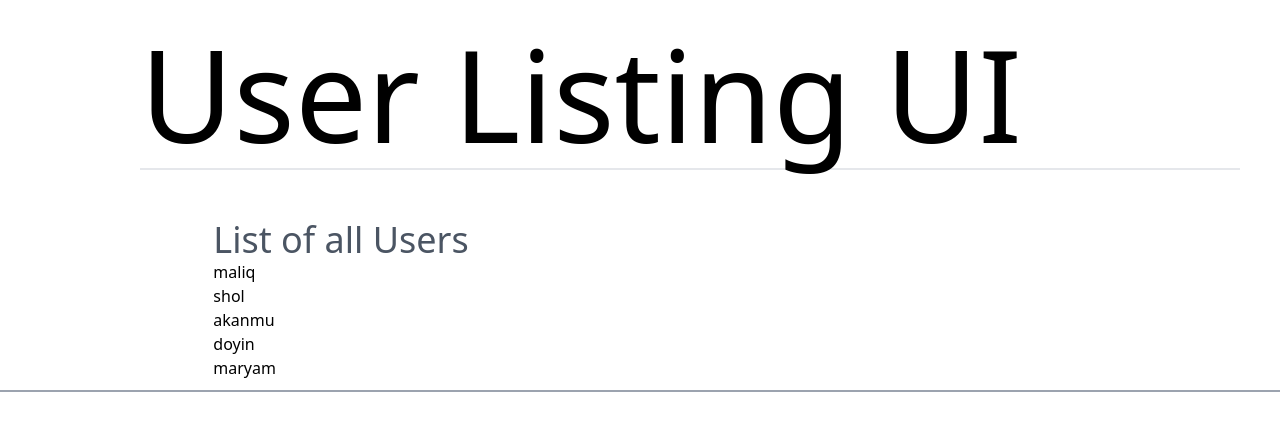
Repository: Marlstergo/listings
Page: / (app in client/)
The author's editor kept a copy of each file at every save. The page is drawn from the files as they stood at one save, then again after the next save.
The browser window is 1280 px wide. The pictures show the whole page.
The project was rebuilt for these pictures with package versions that can differ from the ones it lists, and the page was loaded fresh each time. Also part of the build but not shown: client/craco.config.js, client/src/components/Loader.js, client/src/components/Order.js, client/src/components/Modal.js. Imported but missing from the stored project, and not drawn on this page: client/src/components/Base, client/src/components/Toppings.

Above is the page before, as saved 2021-07-20 22:00:11.

### client/src/index.js
/* eslint-disable no-unused-vars */
import React from "react";
import ReactDOM from "react-dom";
import "./index.css";
import App from "./App";
import reportWebVitals from "./reportWebVitals";
import { BrowserRouter } from "react-router-dom";
import { Provider } from "react-redux";
import { store } from "./redux/store";
import { PersistGate } from "redux-persist/integration/react";
import { persistor } from "./redux/store";

ReactDOM.render(
  <React.StrictMode>
    <Provider store={store}>
      <BrowserRouter>
        <PersistGate persistor={persistor}>
          <App />
        </PersistGate>
      </BrowserRouter>
    </Provider>
  </React.StrictMode>,
  document.getElementById("root")
);

// If you want to start measuring performance in your app, pass a function
// to log results (for example: reportWebVitals(console.log))
// or send to an analytics endpoint. Learn more: https://bit.ly/CRA-vitals
reportWebVitals();

### client/src/App.js
import React, { useState } from 'react';
import { Route, Switch, useLocation } from "react-router-dom";
import Header from './components/Header';
import Home from './components/Home';
import Base from './components/Base';
import Toppings from './components/Toppings';
import Order from './components/Order';
import Modal from './components/Modal';
import { AnimatePresence } from 'framer-motion';

function App() {
  const location = useLocation();
  const showModal = true;

  return (
    <>
      <Header />
      {/* <Modal showModal={showModal} /> */}
      <AnimatePresence exitBeforeEnter>
        <Switch location={location} key={location.key}>
          <Route path="/">
            <Home />
          </Route>
          <Route path="/createUpdateUser">
            <Toppings />
          </Route>
          <Route path="/order">
            <Order />
          </Route>
          <Route path="/">
            <Home />
          </Route>
        </Switch>
      </AnimatePresence>

    </>
  );
}

export default App;

### client/src/redux/store.js
import { createStore, applyMiddleware } from "redux";
import { logger } from 'redux-logger';
import {persistStore} from 'redux-persist';
// import thunk from 'redux-thunk'
import createSagaMiddleware from 'redux-saga'

import rootSaga from './root-sagas'

import rootReducer from './root-reducer';

const sagaMiddleware = createSagaMiddleware()

const middleware = [sagaMiddleware];

if( process.env.NODE_ENV === 'development'){
    middleware.push(logger)
}

export const store = createStore(rootReducer, applyMiddleware(...middleware))

sagaMiddleware.run(rootSaga)

export const persistor = persistStore(store)

export default (store, persistor);

### client/src/components/Header.js
import React from 'react';
import { motion } from 'framer-motion';

const svgVariants = {
  hidden: { rotate: -180 },
  visible: {
    rotate: 0,
    transition: { duration : 1 }
  },
}

const pathVariants = {
  hidden: {
    opacity: 0,
    pathLength: 0,
  },
  visible: {
    opacity: 1,
    pathLength: 1,
    transition: {
      duration: 2,
      ease: "easeInOut",
    }
  }
};


const Header = () => {
  return (
    <header className='flex p-[40px]  items-center'>
      <motion.div className="logo"
        drag
        dragConstraints={{ left: 0, top: 0, right: 0, bottom: 0 }}
        dragElastic={0.7}
      >
        <motion.svg className="w-[80px] overflow-visible" xmlns="http://www.w3.org/2000/svg" viewBox="0 0 100 100"
          variants={svgVariants}
          initial="hidden"
          animate="visible"
        >
          <motion.path
            fill="none"
            d="M40 40 L80 40 C80 40 80 80 40 80 C40 80 0 80 0 40 C0 40 0 0 40 0Z"
            variants={pathVariants}
          />
          <motion.path
            fill="none"
            d="M50 30 L50 -10 C50 -10 90 -10 90 30 Z"
            variants={pathVariants}
          />
        </motion.svg>
      </motion.div>
      <motion.div className=" flex-grow ml-[20px] text-xs"
        initial={{ y: -250}}
        animate={{ y: -10 }}
        transition={{ delay: 0.2, type: 'spring', stiffness: 120 }}
      >
        <h1 className="border-b-2 pb-[10px] text-9xl">User Listing UI</h1>
      </motion.div>
    </header>
  )
}

export default Header;

### client/src/components/Home.js
import React from "react";
import { Link } from "react-router-dom";
import { motion } from "framer-motion";
import Loader from "./Loader";

const buttonVariants = {
  hover: {
    scale: 1.1,
    textShadow: "0px 0px 8px rgb(255,255,255)",
    boxShadow: "0px 0px 8px rgb(255,255,255)",
    transition: {
      duration: 0.3,
      yoyo: 5,
    },
  },
};

const containerVariants = {
  hidden: {
    opacity: 0,
  },
  visible: {
    opacity: 1,
    transition: { delay: 1.5, duration: 1.5 },
  },
  exit: {
    x: "-100vh",
    transition: { ease: "easeInOut" },
  },
};
const users = ["maliq", "shol", "akanmu", "doyin", "maryam"];
const Home = () => {
  return (
    <motion.div
      className="  pb-[10px] mb-[10px] border-b-2 border-gray-400 flex flex-col items-center"
      variants={containerVariants}
      initial="hidden"
      animate="visible"
      exit="exit"
    >
      <div className="w-2/3 ">
        <h2 className="text-4xl text-gray-600">List of all Users</h2>
        <ul>
          {users.map(
            (user) => (
              <li>{user}</li>
            )
          )}

        </ul>
        {/* <table className="min-w-full divide-y divide-gray-200">
          <thead>
            <tr>
              <th className="px-6 py-3 bg-gray-50 text-left text-xs font-medium text-gray-500 uppercase tracking-wider">
                Transaction
              </th>
              <th className="px-6 py-3 bg-gray-50 text-right text-xs font-medium text-gray-500 uppercase tracking-wider">
                Amount
              </th>
              <th className="hidden px-6 py-3 bg-gray-50 text-left text-xs font-medium text-gray-500 uppercase tracking-wider md:block">
                Status
              </th>
              <th className="px-6 py-3 bg-gray-50 text-right text-xs font-medium text-gray-500 uppercase tracking-wider">
                Date
              </th>
            </tr>
          </thead>
        </table> */}
      </div>
    </motion.div>
  );
};

export default Home;

### client/src/redux/root-sagas.js
import {all, call} from 'redux-saga/effects'
import {userSagas} from './user/user.sagas'


export default function* rootSaga(){
    yield all([
        call(userSagas),
    ])
}

### client/src/redux/root-reducer.js
import {combineReducers} from 'redux'
import userReducer from './user/user.reducer'
// import cartReducer from './cart/cart.reducer'
import {persistReducer} from 'redux-persist'
import storage from 'redux-persist/lib/storage'
// import directoryReducer from './directory/directory.reducer'
// import shopReducer from './shop/shop.reducer'

const persistConfig ={
    key: 'root',
    storage,
    whitelist: ['' ]
}
const rootReducer = combineReducers({
    user: userReducer,

})
export default persistReducer(persistConfig, rootReducer)

### client/src/redux/user/user.sagas.js
import { all, call, put, takeLatest } from "redux-saga/effects";

import UserActionTypes from "./user.types";
import { loadUserDetail } from "./user.action";
// import axios from "axios";
// import { getUserDetailsURL } from "../../components/stringConstants";

export function* getDetails() {
  yield console.log("i fired");

  // try {
  //   console.log("inside try");

  //   const res = yield axios.get(getUserDetailsURL);
  //   const data = yield res.data;
  //   console.log(res);
  //   yield put(loadUserDetail(data ? data.data[0] : {}));
  // } catch (err) {
  //   console.log(err.response);
  //   if (err.response && err.response.statusText === "Not Found") {
  //     // console.log("");
  //     window.location.href = "/profile/settings?newUser=0837";
  //   }
  // }
}

export function* getUserDetails() {
  yield takeLatest(UserActionTypes.GET_USER_DETAIL, getDetails);
}
// export function* loadUserDetails(){
//     yield takeLatest(UserActionTypes.LOAD_USER_DETAIL, loadDetails)
// }

export function* userSagas() {
  yield all([call(getUserDetails)]);
}

### client/src/redux/user/user.reducer.js
import UserActionTypes from "./user.types";
const INITIAL_STATE = {
  // currentUser: null,
  userDetail: {},
  demo: 'i am demo',
  location: null

};
const userReducer = (state = INITIAL_STATE, action) => {
  switch (action.type) {

    case UserActionTypes.LOAD_USER_DETAIL:
      return {
        ...state,
        userDetail: action.payload,
      };

    case UserActionTypes.COLLECT_GEOLOCATION:
      return {
        ...state,
        location: action.payload
      }
    default:
      return state;
  }
};

export default userReducer;

### client/src/redux/user/user.types.js
const UserActionTypes ={
    GOOGLE_SIGN_IN_START : 'GOOGLE_SIGN_IN_START',
    SIGN_IN_SUCCESS : 'SIGN_IN_SUCCESS',
    SIGN_IN_FAILURE : 'SIGN_IN_FAILURE',
    GET_USER_DETAIL: 'GET_USER_DETAIL',
    LOAD_USER_DETAIL: 'LOAD_USER_DETAIL',
    COLLECT_GEOLOCATION: 'COLLECT_GEOLOCATION',
    FETCH_GEOLOCATION: 'FETCH_GEOLOCATION'
}
export default UserActionTypes;

### client/src/redux/user/user.action.js
import UserActionTypes from './user.types'



// export const googleSignInStart = () => ({
//     type: UserActionTypes.GOOGLE_SIGN_IN_START
// })

// export const signInSuccess = (user) => ({
//     type: UserActionTypes.SIGN_IN_SUCCESS,
//     payload: user
// })

export const getUserDetail = () => ({
    type: UserActionTypes.GET_USER_DETAIL,

})
export const loadUserDetail = (details) => ({
    type: UserActionTypes.LOAD_USER_DETAIL,
    payload: details
})

export const fetchGeoloction = () => ({
    type: UserActionTypes.FETCH_GEOLOCATION
})
export const collectGeolocation = (location) => ({
    type: UserActionTypes.COLLECT_GEOLOCATION,
    payload: location
})
// })

### client/tailwind.config.js
  // tailwind.config.js
  module.exports = {
    mode:'jit',
    purge: ['./src/**/*.{js,jsx,ts,tsx}', './public/index.html'],
     darkMode: false, // or 'media' or 'class'
     theme: {
       extend: {},
     },
     variants: {
       extend: {},
     },
     plugins: [],
   }

Loaded but not shown: client/public/index.html (common file); client/src/index.css (common file); client/src/reportWebVitals.js (common file)

After the next save:
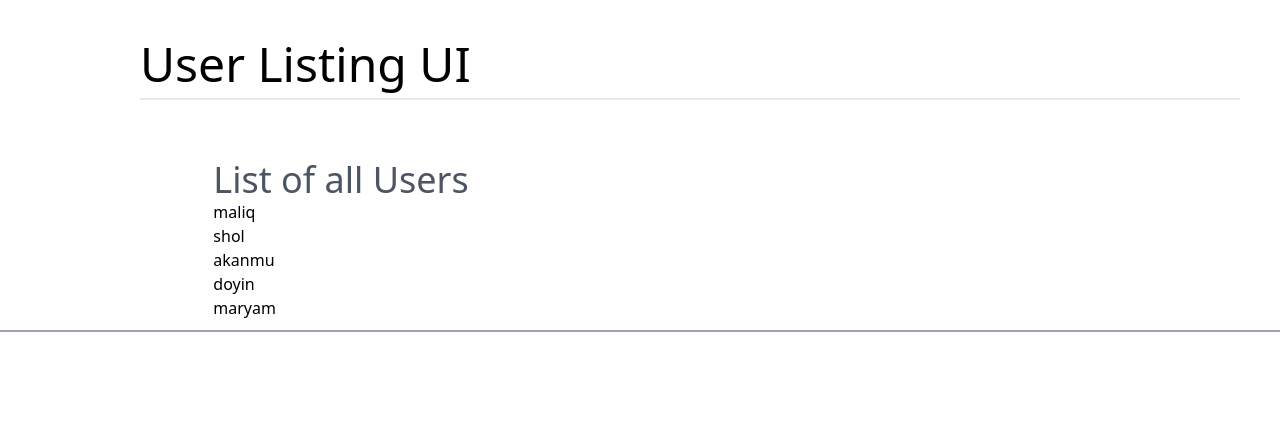
Saved 16 s later.
--- a/client/src/components/Header.js
+++ b/client/src/components/Header.js
@@ -55,7 +55,7 @@ const Header = () => {
         animate={{ y: -10 }}
         transition={{ delay: 0.2, type: 'spring', stiffness: 120 }}
       >
-        <h1 className="border-b-2 pb-[10px] text-9xl">User Listing UI</h1>
+        <h1 className="border-b-2 pb-[10px] text-5xl">User Listing UI</h1>
       </motion.div>
     </header>
   )
